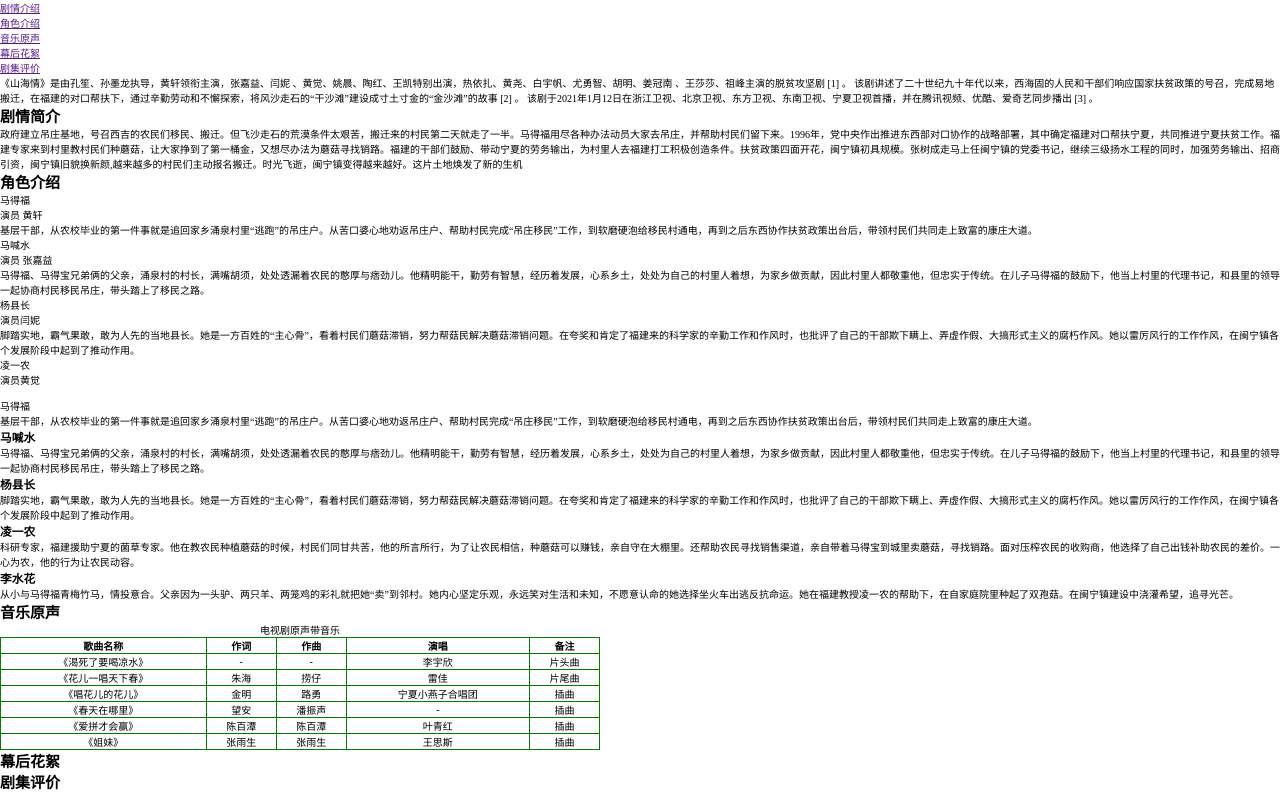
Repository: Lixianlai-2/static-website
Page: index.html
An editor plug-in stored every save of this project. The page is shown before and after the next save, followed by the edit.
The browser window is 1280 px wide. The pictures show the whole page.

Above is the page before, as saved 2021-11-30 20:21:44.

### index.html
<!DOCTYPE html>
<html lang="zh-CN">
  <head>
    <meta charset="UTF-8" />
    <meta http-equiv="X-UA-Compatible" content="IE=edge" />
    <meta
      name="viewport"
      content="width=device-width, initial-scale=1.0"
      content="ie=edge"
    />
    <title>山海情</title>

    <style>
      * {
        margin: 0;
        padding: 0;
        box-sizing: border-box;
      }

      body {
        font-size: 10px;
      }

      img {
        max-width: 100%;
      }

      table {
        text-align: center;
        max-width: 100%;
        width: 600px;
        table-layout: auto;
        border-collapse: collapse;
        border-spacing: 0;
      }

      th,
      td {
        border: 1px solid green;
      }
    </style>
  </head>
  <body>
    <nav>
      <ol>
        <li><a href="">剧情介绍</a></li>
        <li><a href="">角色介绍</a></li>
        <li><a href="">音乐原声</a></li>
        <li><a href="">幕后花絮</a></li>
        <li><a href="">剧集评价</a></li>
      </ol>
    </nav>

    <p>
      《山海情》是由孔笙、孙墨龙执导，黄轩领衔主演，张嘉益、闫妮
      、黄觉、姚晨、陶红、王凯特别出演，热依扎、黄尧、白宇帆、尤勇智、胡明、姜冠南
      、王莎莎、祖峰主演的脱贫攻坚剧 [1] 。
      该剧讲述了二十世纪九十年代以来，西海固的人民和干部们响应国家扶贫政策的号召，完成易地搬迁，在福建的对口帮扶下，通过辛勤劳动和不懈探索，将风沙走石的“干沙滩”建设成寸土寸金的“金沙滩”的故事
      [2] 。
      该剧于2021年1月12日在浙江卫视、北京卫视、东方卫视、东南卫视、宁夏卫视首播，并在腾讯视频、优酷、爱奇艺同步播出
      [3] 。
    </p>

    <h2>剧情简介</h2>
    <p>
      政府建立吊庄基地，号召西吉的农民们移民、搬迁。但飞沙走石的荒漠条件太艰苦，搬迁来的村民第二天就走了一半。马得福用尽各种办法动员大家去吊庄，并帮助村民们留下来。1996年，党中央作出推进东西部对口协作的战略部署，其中确定福建对口帮扶宁夏，共同推进宁夏扶贫工作。福建专家来到村里教村民们种蘑菇，让大家挣到了第一桶金，又想尽办法为蘑菇寻找销路。福建的干部们鼓励、带动宁夏的劳务输出，为村里人去福建打工积极创造条件。扶贫政策四面开花，闽宁镇初具规模。张树成走马上任闽宁镇的党委书记，继续三级扬水工程的同时，加强劳务输出、招商引资，闽宁镇旧貌换新颜,越来越多的村民们主动报名搬迁。时光飞逝，闽宁镇变得越来越好。这片土地焕发了新的生机
    </p>

    <h2>角色介绍</h2>

    <ul>
      <li>
        <dl>
          <dt>
            <!-- div.role-name>span.item-value+div.role-actor>span.item-key+span.item-value -->
            <div class="role-name">
              <span class="item-value">马得福</span>
              <div class="role-actor">
                <span class="item-key">演员</span>
                <span class="item-value">黄轩</span>
              </div>
            </div>
          </dt>
          <dl>
            <p>
              基层干部，从农校毕业的第一件事就是追回家乡涌泉村里“逃跑”的吊庄户。从苦口婆心地劝返吊庄户、帮助村民完成“吊庄移民”工作，到软磨硬泡给移民村通电，再到之后东西协作扶贫政策出台后，带领村民们共同走上致富的康庄大道。
            </p>
          </dl>
        </dl>
      </li>
      <li>
        <dl>
          <dt>
            <div class="role-name">
              <span class="item-value">马喊水</span>
              <div class="role-actor">
                <span class="item-key">演员</span
                ><span class="item-value"> 张嘉益</span>
                <dl>
                  <p>
                    马得福、马得宝兄弟俩的父亲，涌泉村的村长，满嘴胡须，处处透漏着农民的憨厚与痞劲儿。他精明能干，勤劳有智慧，经历着发展，心系乡土，处处为自己的村里人着想，为家乡做贡献，因此村里人都敬重他，但忠实于传统。在儿子马得福的鼓励下，他当上村里的代理书记，和县里的领导一起协商村民移民吊庄，带头踏上了移民之路。
                  </p>
                </dl>
              </div>
            </div>
          </dt>
        </dl>
      </li>
      <li>
        <dl>
          <dt>
            <div class="role-name">
              <span class="item-value">杨县长</span>
              <div class="role-actor">
                <span class="item-key">演员</span
                ><span class="item-value">闫妮</span>
                <dl>
                  <p>
                    脚踏实地，霸气果敢，敢为人先的当地县长。她是一方百姓的“主心骨”，看着村民们蘑菇滞销，努力帮菇民解决蘑菇滞销问题。在夸奖和肯定了福建来的科学家的辛勤工作和作风时，也批评了自己的干部欺下瞒上、弄虚作假、大搞形式主义的腐朽作风。她以雷厉风行的工作作风，在闽宁镇各个发展阶段中起到了推动作用。
                  </p>
                </dl>
              </div>
            </div>
          </dt>
        </dl>
      </li>
      <li>
        <dl>
          <dt>
            <div class="role-name">
              <span class="item-value">凌一农</span>
              <div class="role-actor">
                <span class="item-key">演员</span
                ><span class="item-value">黄觉</span>
                <dl></dl>
              </div>
            </div>
          </dt>
        </dl>
      </li>
      <li>
        <dl>
          <dt>
            <div class="role-name">
              <span class="item-value"></span>
              <div class="role-actor">
                <span class="item-key"></span><span class="item-value"></span>
                <dl></dl>
              </div>
            </div>
          </dt>
        </dl>
      </li>
    </ul>

    <!-- ul>(li>dl>dt>div.role-name>span.item-value+div.role-actor>span.item-key+span.item-value+dl)*5 -->
    <!-- div.role-name>span.item-value+div.role-actor>span.item-key+span.item-value -->

    <ul>
      <li>
        <p>马得福</p>
        <p>
          基层干部，从农校毕业的第一件事就是追回家乡涌泉村里“逃跑”的吊庄户。从苦口婆心地劝返吊庄户、帮助村民完成“吊庄移民”工作，到软磨硬泡给移民村通电，再到之后东西协作扶贫政策出台后，带领村民们共同走上致富的康庄大道。
        </p>
      </li>
      <li>
        <h3>马喊水</h3>
        <p>
          马得福、马得宝兄弟俩的父亲，涌泉村的村长，满嘴胡须，处处透漏着农民的憨厚与痞劲儿。他精明能干，勤劳有智慧，经历着发展，心系乡土，处处为自己的村里人着想，为家乡做贡献，因此村里人都敬重他，但忠实于传统。在儿子马得福的鼓励下，他当上村里的代理书记，和县里的领导一起协商村民移民吊庄，带头踏上了移民之路。
        </p>
      </li>
      <li>
        <h3>杨县长</h3>
        <p>
          脚踏实地，霸气果敢，敢为人先的当地县长。她是一方百姓的“主心骨”，看着村民们蘑菇滞销，努力帮菇民解决蘑菇滞销问题。在夸奖和肯定了福建来的科学家的辛勤工作和作风时，也批评了自己的干部欺下瞒上、弄虚作假、大搞形式主义的腐朽作风。她以雷厉风行的工作作风，在闽宁镇各个发展阶段中起到了推动作用。
        </p>
      </li>
      <li>
        <h3>凌一农</h3>
        <p>
          科研专家，福建援助宁夏的菌草专家。他在教农民种植蘑菇的时候，村民们同甘共苦，他的所言所行，为了让农民相信，种蘑菇可以赚钱，亲自守在大棚里。还帮助农民寻找销售渠道，亲自带着马得宝到城里卖蘑菇，寻找销路。面对压榨农民的收购商，他选择了自己出钱补助农民的差价。一心为农，他的行为让农民动容。
        </p>
      </li>
      <li>
        <h3>李水花</h3>
        <p>
          从小与马得福青梅竹马，情投意合。父亲因为一头驴、两只羊、两笼鸡的彩礼就把她“卖”到邻村。她内心坚定乐观，永远笑对生活和未知，不愿意认命的她选择坐火车出逃反抗命运。她在福建教授凌一农的帮助下，在自家庭院里种起了双孢菇。在闽宁镇建设中浇灌希望，追寻光芒。
        </p>
      </li>
    </ul>

    <h2>音乐原声</h2>
    <table>
      <caption>
        电视剧原声带音乐
      </caption>
      <thead>
        <tr>
          <th>歌曲名称</th>
          <th>作词</th>
          <th>作曲</th>
          <th>演唱</th>
          <th>备注</th>
        </tr>
      </thead>
      <tbody>
        <tr>
          <td>《渴死了要喝凉水》</td>
          <td>-</td>
          <td>-</td>
          <td>李宇欣</td>
          <td>片头曲</td>
        </tr>
        <tr>
          <td>《花儿一唱天下春》</td>
          <td>朱海</td>
          <td>捞仔</td>
          <td>雷佳</td>
          <td>片尾曲</td>
        </tr>
        <tr>
          <td>《唱花儿的花儿》</td>
          <td>金明</td>
          <td>路勇</td>
          <td>宁夏小燕子合唱团</td>
          <td>插曲</td>
        </tr>
        <tr>
          <td>《春天在哪里》</td>
          <td>望安</td>
          <td>潘振声</td>
          <td>-</td>
          <td>插曲</td>
        </tr>
        <tr>
          <td>《爱拼才会赢》</td>
          <td>陈百潭</td>
          <td>陈百潭</td>
          <td>叶青红</td>
          <td>插曲</td>
        </tr>
        <tr>
          <td>《姐妹》</td>
          <td>张雨生</td>
          <td>张雨生</td>
          <td>王思斯</td>
          <td>插曲</td>
        </tr>
      </tbody>
      <tfoot></tfoot>
    </table>

    <h2>幕后花絮</h2>
    <h2>剧集评价</h2>
  </body>
</html>

After the next save:
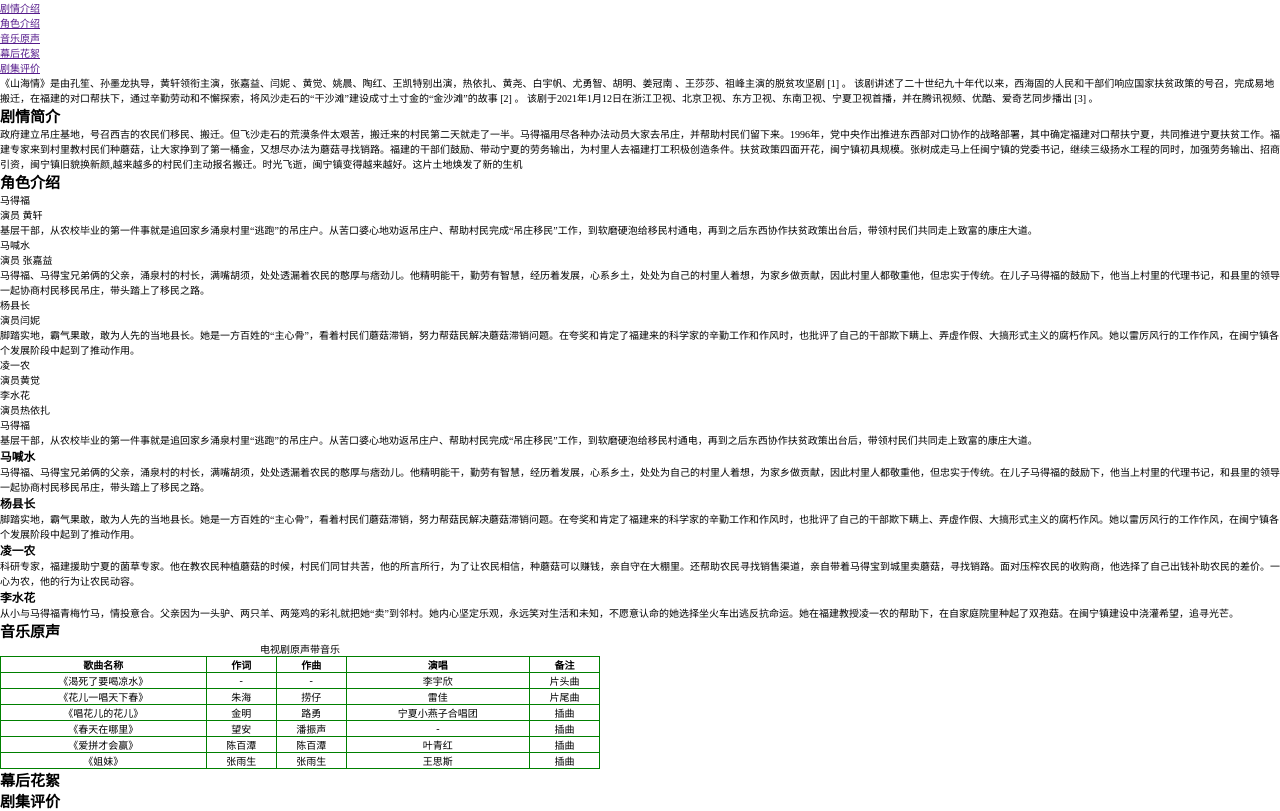
Saved 2 min 56 s later.
--- a/index.html
+++ b/index.html
@@ -142,9 +142,10 @@
         <dl>
           <dt>
             <div class="role-name">
-              <span class="item-value"></span>
-              <div class="role-actor">
-                <span class="item-key"></span><span class="item-value"></span>
+              <span class="item-value">李水花</span>
+              <div class="role-actor">
+                <span class="item-key">演员</span
+                ><span class="item-value">热依扎</span>
                 <dl></dl>
               </div>
             </div>
